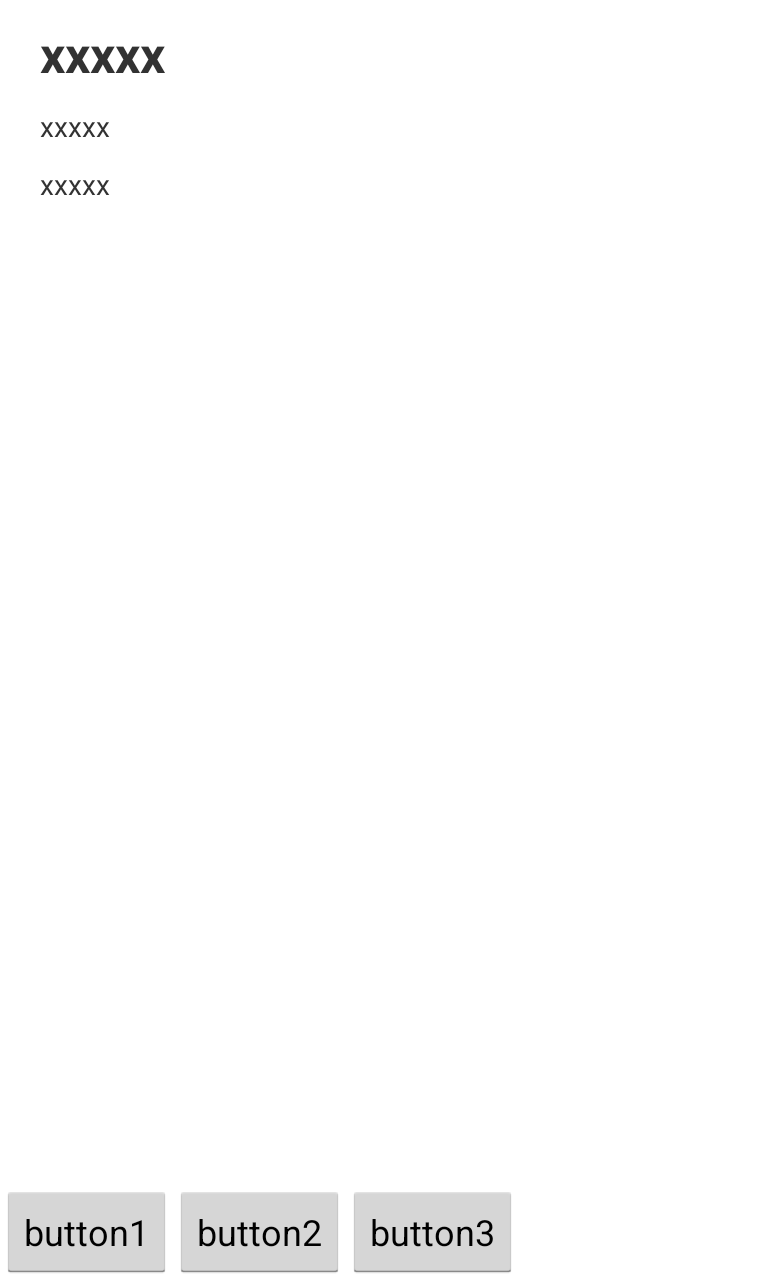
Repository: SettawutSomboon/SouthNationalPark
Layout: SouthNationalParkTravel/SouthNationalPark/res/layout/test.xml
These files come from the project's save history. The layout is drawn as it stood at one moment and after the next save; the edit follows.
It is drawn on a 768 x 1280 px phone screen (xhdpi) without system bars, with theme AppTheme; the app's code is not run.

Above is the layout before, as saved 2015-02-28 07:33:46.

After the next save:
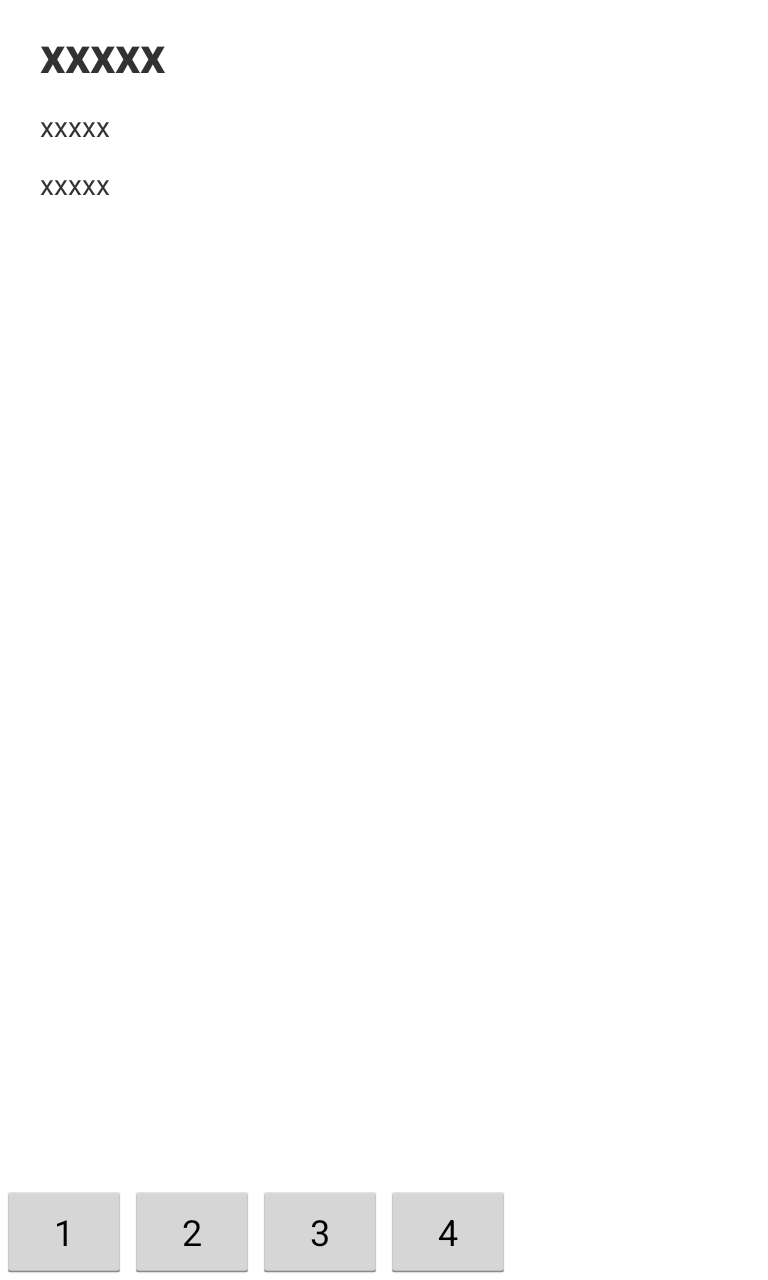
Saved 59 s later.
--- a/SouthNationalParkTravel/SouthNationalPark/res/layout/test.xml
+++ b/SouthNationalParkTravel/SouthNationalPark/res/layout/test.xml
@@ -59,17 +59,23 @@
             android:layout_width="wrap_content"
             android:layout_height="wrap_content"
             android:layout_gravity="bottom"
-            android:text="button1" />
+            android:text="1" />
         <Button
             android:layout_width="wrap_content"
             android:layout_height="wrap_content"
             android:layout_gravity="bottom"
-            android:text="button2" />
+            android:text="2" />
         <Button
             android:layout_width="wrap_content"
             android:layout_height="wrap_content"
             android:layout_gravity="bottom"
-            android:text="button3" />
+            android:text="3" />
+
+        <Button
+            android:layout_width="wrap_content"
+            android:layout_height="wrap_content"
+            android:layout_gravity="bottom"
+            android:text="4" />
     </LinearLayout>
 
 </RelativeLayout>
